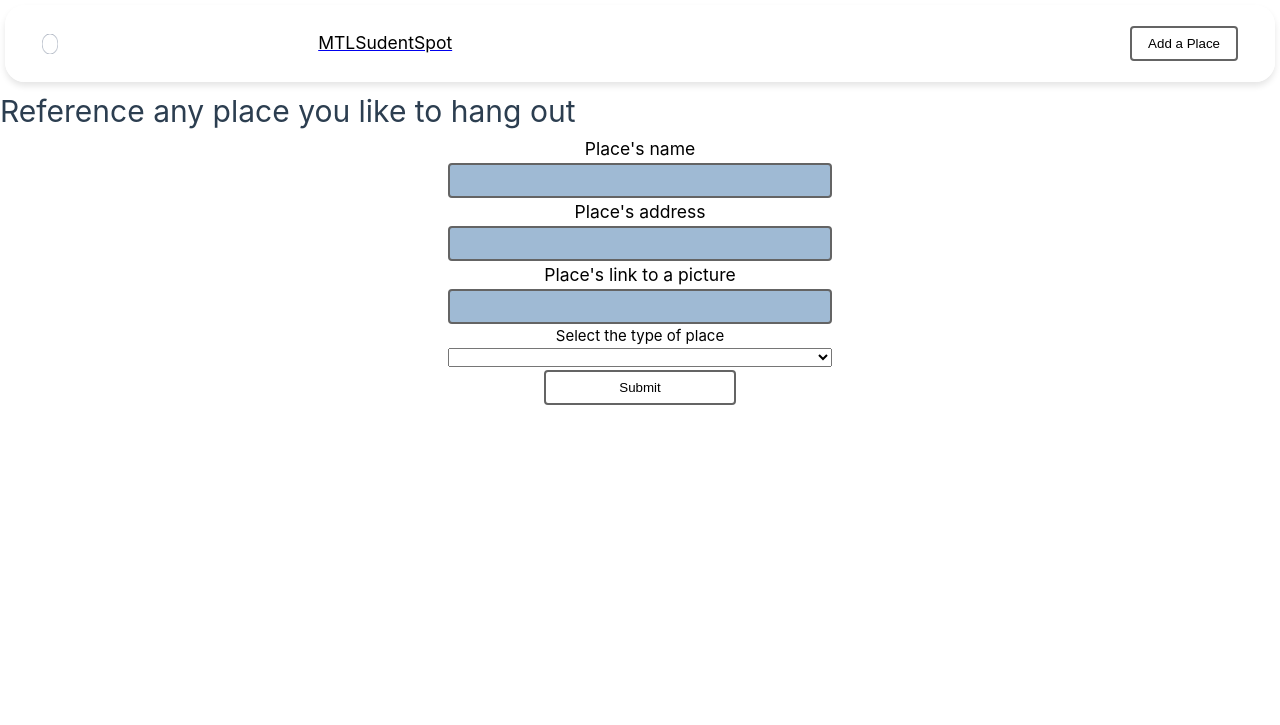
Repository: KevMn6ix/MOD8-2232-GRA-Damois-Leroi--Morant-Munto
Page: /places/add (app in client/)
The author's editor kept a copy of each file at every save. The page is drawn from the files as they stood at one save, then again after the next save.
The browser window is 1280 px wide. The pictures show the whole page.
The project was rebuilt for these pictures with package versions that can differ from the ones it lists, and the page was loaded fresh each time. Also part of the build but not shown: client/vite.config.js, client/src/components/HelloWorld.vue, client/src/services/Api.js, client/src/services/AuthentificationService.js, client/src/components/Login.vue, client/src/views/LoginPage.vue, client/src/components/RowLandingPage.vue, client/src/components/PlaceItem.vue and 2 more.

Above is the page before, as saved 2023-10-18 15:22:04.

### client/index.html
<!DOCTYPE html>
<html lang="en">
  <head>
    <meta charset="UTF-8">
    <link rel="icon" href="/favicon.ico">
    <link href="https://cdnjs.cloudflare.com/ajax/libs/font-awesome/5.15.3/css/all.min.css" rel="stylesheet">

    <meta name="viewport" content="width=device-width, initial-scale=1.0">
    <title>Vite App</title>
  </head>
  <body>
    <div id="app"></div>
    <script type="module" src="/src/main.js"></script>
  </body>
</html>

### client/src/assets/main.css
@import './base.css';
/*
#app {
  max-width: 1280px;
  margin: 0 auto;
  padding: 2rem;

  font-weight: normal;
}

a,
.green {
  text-decoration: none;
  color: hsla(160, 100%, 37%, 1);
  transition: 0.4s;
}

@media (hover: hover) {
  a:hover {
    background-color: hsla(160, 100%, 37%, 0.2);
  }
}

@media (min-width: 1024px) {
  body {
    display: flex;
    place-items: center;
  }

  #app {
    display: grid;
    grid-template-columns: 1fr 1fr;
    padding: 0 2rem;
  }
}
*/
@media (prefers-color-scheme: dark) {
  button {
    color:black;
  }
  input {
    color: white;
    background-color: black;
  }
}

### client/src/App.vue
<script setup>
import { RouterLink, RouterView } from 'vue-router'
import HelloWorld from './components/HelloWorld.vue'
</script>

<template >
  <RouterView />

</template>

<style scoped>
template {
  display: flex;
  flex-direction: column;
}

header {
  line-height: 1.5;
  max-height: 100vh;
}

.logo {
  display: block;
  margin: 0 auto 2rem;
}

nav {
  width: 100%;
  font-size: 12px;
  text-align: center;
  margin-top: 2rem;
}

nav a.router-link-exact-active {
  color: var(--color-text);
}

nav a.router-link-exact-active:hover {
  background-color: transparent;
}

nav a {
  display: inline-block;
  padding: 0 1rem;
  border-left: 1px solid var(--color-border);
}

nav a:first-of-type {
  border: 0;
}

@media (min-width: 1024px) {
  header {
    display: flex;
    place-items: center;
    padding-right: calc(var(--section-gap) / 2);
  }

  .logo {
    margin: 0 2rem 0 0;
  }

  header .wrapper {
    display: flex;
    place-items: flex-start;
    flex-wrap: wrap;
  }

  nav {
    text-align: left;
    margin-left: -1rem;
    font-size: 1rem;

    padding: 1rem 0;
    margin-top: 1rem;
  }
}
</style>

### client/src/router/index.js
import { createRouter, createWebHistory } from 'vue-router'
import HomeView from '../views/HomeView.vue'

const router = createRouter({
  history: createWebHistory(import.meta.env.BASE_URL),
  routes: [
    {
      path: '/',
      name: 'home',
      component: HomeView
    },
    {
      path: '/about',
      name: 'about',
      // route level code-splitting
      // this generates a separate chunk (About.[hash].js) for this route
      // which is lazy-loaded when the route is visited.
      component: () => import('../views/AboutView.vue')
    },
    {
      path: '/login',
      name: 'login',

      component: () => import('../views/LoginPage.vue')
    },
    {
      path: '/register',
      name:'register',

      component: () => import('../views/RegisterPage.vue')
    },
    {
      path: '/places/:types',
      name: 'PlacesList',

      component: () => import('../views/PlaceListView.vue')
    },
    {
      path: '/places/review/:id',
      name : 'review',

      component: () => import('../views/PlaceReview.vue')
    },
    {

      path: '/places/:types/:id',
      name: 'PlacePage',

      component: () => import('../views/PlacesPage.vue')

    },
    {
      path: '/places/add',
      name: 'AddPlace',

      component: () => import('../views/AddPageView.vue')
    }
  ]
})

export default router

### client/src/views/AddPageView.vue
<script setup>
import { RouterLink } from 'vue-router';
import TheAddPlaceForm from '../components/TheAddPlaceForm.vue';
import  BarOutsideHome from '../components/BarOutsideHome.vue';
import UsePlaceService from '../../server/services/places-service.js';
const placeService = UsePlaceService()
</script>
<template>
    <header>
        <BarOutsideHome/>
    </header>
    <h1>
        Reference any place you like to hang out
    </h1>
    <TheAddPlaceForm @user-input="(termInputed) => {placeService.addPlace(termInputed.Title, termInputed.Address, termInputed.Type, termInputed.Picture); console.log(UsePlaceService().findPlaces())}"/>
</template>
<style scoped>
*{
    min-width: 333px;
}
</style>

### client/src/components/NavBar.vue
<script setup>
import { ref } from 'vue'
import LoginPage from '../views/LoginPage.vue'
import TheSubHeader from './TheSubHeader.vue';
const emit = defineEmits(['user-input'])
const UserInput = ref('')
function sendUserInput() {
    console.log(UserInput.value)
    emit('user-input', UserInput.value)
}
</script>
/** This component is hte bar at the top of the screen */
<template>
    <nav id="head-bar">
        <img src="../assets/logoMTL.png">
        <h3>
            MTLSudentSpot
        </h3>
        <input type="text" v-model="UserInput" @input="sendUserInput">
        <div>
        <router-link to='/login'>
        <button>
            Log In
        </button>
        </router-link>
        <router-link to="/register">
        <button>
            Sign In
        </button>
        </router-link>
    </div>
    <div id="sub-header">
    <TheSubHeader/></div>
    </nav>

</template>
<style>

:root{

    --color-navbar: #9fbad4;
    --text-navbar-color-default: #000;
    --color-input: #9fbad4;
    --button-border: #646464;
    --color-button: #fff;
    --button-hover: #7faedc;
}

@media (prefers-color-scheme: dark){

    :root{

        --text-navbar-color-default: #FFF;
        --color-navbar: #211f1f;
        --color-input: #312e2e;
        --button-border: #646464;
        --color-button: #312e2e;
        --button-hover: #646464;

    }

}

nav {
    display: flex;
    justify-content: space-between;
    align-items: center;
    background-color: var(--color-navbar);
    padding: 1rem 2rem;
    box-shadow: 0 4px 6px rgba(0, 0, 0, 0.1);
    border-bottom: 2px solid rgba(0, 0, 0, 0.1);
    border-radius: 20px;
    border: 2px solid var(--button-border);
    margin: 5px;
    flex-grow: 3;
    gap: 20px;
}

h3{

    color: var(--text-navbar-color-default);

}

button {
    background-color: var(--color-button);
    color: var(--text-navbar-color-default);
    border: none;
    padding: 0.5rem 1rem;
    border-radius: 0.25rem;
    cursor: pointer;
    transition: background-color 0.3s ease;
    margin: 3px;
    border: 2px solid var(--button-border);
}

button:hover {
    background-color: var(--button-hover);
}

button:visited {
    color: white; /* Set the text color to yellow when the button is active (clicked) */
}

img {
    height: 20px;
    width: 16px;
}

input {
    flex-grow: 3;
    padding: 0.5rem;
    border: none;
    border-radius: 0.25rem;
    background-color: var(--color-input);
    color: var(--text-navbar-color-default);
    border: 2px solid var(--button-border);
    margin: 0 1rem;
}

#sub-header {
    text-align: center;
}
</style>

### client/server/services/places-service.js
let id = 0;
const placeList = [
  {Id: ++id, Type: "restaurant", Title: "Brutopia", Address: "888 rjij", Rating: 4, HygieneRating: 5, AmbianceRating: 3, PriceRating: 5, Picture: "https://css-tricks.com/wp-content/uploads/2018/10/align-items.svg"},
  {Id: ++id, Type: "activity",Title: "cheval blanc", Address: "56656 fd", Rating: 3, HygieneRating: 3, AmbianceRating: 4, PriceRating: 2},
  {Id: ++id, Type: "travel",Title: "nyx", Address: "86 sfd", Rating: 3, HygieneRating: 4, AmbianceRating: 4, PriceRating: 2},
  {Id: ++id, Type: "restaurant",Title: "bnyx", Address: "86 sfd", Rating: 3, HygieneRating: 4, AmbianceRating: 4, PriceRating: 2, Picture:"https://cdn4.buysellads.net/uu/1/134955/1685040267-designdotdev5.jpg"}
]

let idRating = 0
const PlaceRating = [
    {Id: ++idRating, IdPlace: 2, HygieneRating: 3, AmbianceRating: 4, PriceRating: 2, CommentRate:"Nice place."},
    {Id: ++idRating, IdPlace: 1, HygieneRating: 5, AmbianceRating: 3, PriceRating: 5, CommentRate:"I like to go there."},
    {Id: ++idRating, IdPlace: 4, HygieneRating: 4, AmbianceRating: 4, PriceRating: 2, CommentRate:"They cook my favorite food."},
    {Id: ++idRating, IdPlace: 3, HygieneRating: 4, AmbianceRating: 4, PriceRating: 2, CommentRate:"I went there while visiting."}
]


function findPlaces() {
    return placeList
}

function findPlace(id) {
    for (let place of placeList) {
        if (place.Id == id) {
            return place
        }

    }
    return null
}

function sumAmbiance(listOfRatings) {
    let res = 0;
    for (let rating of listOfRatings) {
        res += rating.AmbianceRating;
    }
    console.log(res)
    return res;
}

function sumHygiene(listOfRatings) {
    let res = 0;
    for (let rating of listOfRatings) {
        res += rating.HygieneRating;
    }

    return res;
}
function sumPrice(listOfRatings) {
    let res = 0;
    for (let rating of listOfRatings) {
        res += rating.PriceRating;
    }
    console.log(res)
    return res;
}

function findRatingsAbout(id) {
    /*console.log(PlaceRating)*/
    return PlaceRating.filter((rating) => {  return rating.IdPlace == id});
}

function actualiseRating(id) {
    const place = findPlace(id);
    console.log(findRatingsAbout(id))
    place.AmbianceRating = Math.round(sumAmbiance(findRatingsAbout(id))/(findRatingsAbout(id).length))
    place.PriceRating = Math.round(sumPrice(findRatingsAbout(id))/(findRatingsAbout(id).length))
    place.AmbianceRating = Math.round(sumHygiene(findRatingsAbout(id))/(findRatingsAbout(id).length))
    place.Rating = Math.round((place.AmbianceRating + place.HygieneRating + place.PriceRating)/3);
}

function addRating(idPlace, hygieneRating, ambianceRating, priceRating, commentRate) {
    /*
    console.log("^^^^^^^^^^^^^^^^^^^^^^^^")
    console.log(idPlace)
    console.log("^^^^^^^^^^^^^^^^^^^^^^^^^^^^")
    */
   const newRating = {}
   newRating["Id"] = idRating++
   newRating["IdPlace"] = placeList[idPlace - 1].Id
   newRating["HygieneRating"] = hygieneRating
   newRating["AmbianceRating"] = ambianceRating
   newRating["PriceRating"] = priceRating
   newRating["CommentRate"] = commentRate
    PlaceRating.push(newRating)
    /*
    console.log("#################")
    console.log(PlaceRating[idRating - 1].IdPlace)
    console.log("##############################")
    */
    actualiseRating(idPlace)
}


function findRatings() {
    return PlaceRating
}

function findRating(id) {
    for (let rating of PlaceRating) {
        if (rating.Id == id) {
            return rating
        }

    }
    return null
}





function addPlace(title, address, type, picture) {
    const newPlace = {}
    newPlace["Id"] =id++
    newPlace["Type"] =type
    newPlace["Title"] =title
    newPlace["Address"] =address
    newPlace["Rating"] =0
    newPlace["HygieneRating"] =0
    newPlace["AmbianceRating"] =0
    newPlace["PriceRating"] =0
    newPlace["Picture"] =picture
    placeList.push(newPlace)
}


export default function UsePlaceService () {
    return {
    findPlaces,
    findPlace,
    addPlace,
    findRatings,
    findRating,
    addRating,
    findRatingsAbout
}}

### client/src/components/BarOutsideHome.vue
<script setup>
import { ref } from 'vue'
import LoginPage from '../views/LoginPage.vue'
import { RouterLink } from 'vue-router';
import TheSubHeader from './TheSubHeader.vue';
const emit = defineEmits(['user-input'])
const UserInput = ref('')
function sendUserInput() {
    console.log(UserInput.value)
    emit('user-input', UserInput.value)
}
</script>
/** This component is the bar at the top of the screen */
<template>
    <nav id="head-bar">
        <img src="../assets/logoMTL.png">
        <RouterLink to="/">
        <h3>
            MTLSudentSpot
        </h3>
        </RouterLink>

        <div>
        <router-link to='/login'>
        <button>
            Log In
        </button>
        </router-link>
        <router-link to="/register">
        <button>
           Sign In
        </button>
    </router-link>
    </div>
    <div id="sub-header">
<TheSubHeader/></div>
</nav>

</template>
<style scoped>

:root{

--color-navbar: #9fbad4;
--text-navbar-color-default: #000;
--color-input: #9fbad4;
--button-border: #646464;
--color-button: #fff;
--button-hover: #7faedc;
}

@media (prefers-color-scheme: dark){

:root{

    --text-navbar-color-default: #FFF;
    --color-navbar: #211f1f;
    --color-input: #312e2e;
    --button-border: #646464;
    --color-button: #312e2e;
    --button-hover: #646464;

}

}



#head-bar {
    display: flex;
    justify-content: space-between;
    align-items: center;
    padding: 1rem 2rem;
    background-color: var(--color-background-header);
    color: var(--text-color-default);
    box-shadow: 0 4px 6px rgba(0, 0, 0, 0.1);
    border: 2px solid white;
}

button {
    background-color: var(--color-background-travel);
    color: #FFF;
    border: none;
    padding: 0.5rem 1rem;
    border-radius: 0.25rem;
    cursor: pointer;
    transition: background-color 0.3s ease;
}

button:hover {
    background-color: #7faedc;
}

img {
    height: 20px;
    width: 16px;
    margin-left: 3px;
}

input {
    flex-grow: 3;
    padding: 0.5rem;
    border: none;
    border-radius: 0.25rem;
    background-color: var(--color-background-default);
    color: var(--text-color-default);
    margin: 0 1rem;
}

#sub-header {
    text-align: center;
}
</style>

### client/src/components/TheAddPlaceForm.vue
<script setup>
import { ref } from 'vue'
import AddPlaceInput from './AddPlaceInput.vue';
const emit = defineEmits(['user-input'])
const UserInput = ref({
    Type: '',
    Title: '',
    Address: '',
    Picture: ''
})
function sendUserInput() {
    console.log(UserInput.value)
    emit('user-input', UserInput.value)
}
function displayUserInput() {
    console.log(UserInput.value)
}
</script>
<template>
    <div id="form-body">
    <AddPlaceInput type="text" @user-input="(termInputed) => {UserInput.Title = termInputed}">
        Place's name
    </AddPlaceInput>
    <AddPlaceInput type="text" @user-input="(termInputed) => {UserInput.Address = termInputed}">
        Place's address
    </AddPlaceInput>
    <AddPlaceInput type="text" @user-input="(termInputed) => {UserInput.Picture = termInputed}">
        Place's link to a picture
    </AddPlaceInput>

    <label for="place-type">
        Select the type of place
    </label>
    <div id="form-nested-body">
    <select name="place-type" v-model="UserInput.Type">
        <option value="restaurant">Restaurant</option>
        <option value="activity">Activity</option>
        <option value="travel">Travel</option>
    </select>
    <button @click="sendUserInput">
        Submit
    </button>
</div>
    </div>
</template>
<style scoped>
* {
    min-width: 333px;

}
#form-body {
    background-color: var(--color-background-activity);
    display: flex;
    flex-direction: column;
    color: black;
    justify-content: center;
    @media (prefers-color-scheme: dark) {
        color: white;
    }
}
button {
    min-width: 50px;
    width: 15%;
    margin-left: 42.5%;
    flex-shrink: 3;
}
select {
    min-width: 30px;
    width: 30%;
}
label {
    text-align: center;
}
#form-nested-body {
    display: flex;
    flex-direction: column;

}
select {
    margin-left: 35%;
}
</style>

### client/src/components/TheSubHeader.vue
<script setup>
import { RouterLink } from 'vue-router';
</script>
<template>
  <RouterLink to="/places/add">
    <button>
       Add a Place
    </button>
  </RouterLink>
</template>
<style scoped>
:root {
  --light-color-background-restaurant: #A5BDD9;
    --light-color-background-travel: #a2c4ec;
    --light-color-background-activity: #9EB3CB;
    --dark-color-background-restaurant: #a2c4ec9d;
    --dark-color-background-travel: #a5bdd971;
    --dark-color-background-activity: #9eb3cb0e;
    --color-background-restaurant: var(--light-color-background-restaurant);
    --color-background-travel: var(--light-color-background-travel);
    --color-background-activity: var(--light-color-background-activity);
    @media (prefers-color-scheme: dark) {
      --color-background-restaurant: var(--dark-color-background-restaurant);
        --color-background-travel: var(--dark-color-background-travel);
        --color-background-activity: var(--dark-color-background-activity);
    }
}
p {
    min-width: 333px;
    text-align: center;
    size: 50%;
    padding: 0;
    margin: 0;
}
</style>

### client/src/components/AddPlaceInput.vue
<script setup>
import { ref } from 'vue'
const emit = defineEmits(['user-input'])
const UserInput = ref('')
function sendUserInput() {
    console.log(UserInput.value)
    emit('user-input', UserInput.value)
}
const inputType = defineProps({
    Type: String
})
</script>
<template>
    <div id="enter">
    <h3>
        <slot>
        </slot>
    </h3>
    <input :type="inputType.Type" v-model="UserInput" @input="sendUserInput">
    </div>
</template>
<style scoped>
h3 {
    text-align: center;
}
input {
    min-width: 30px;
    width: 30%;
}
#enter {
    display: flex;
    flex-direction: column;
    align-items: center;
}
</style>

Loaded but not shown: client/src/main.js (common file); client/src/assets/base.css (common file)

After the next save:
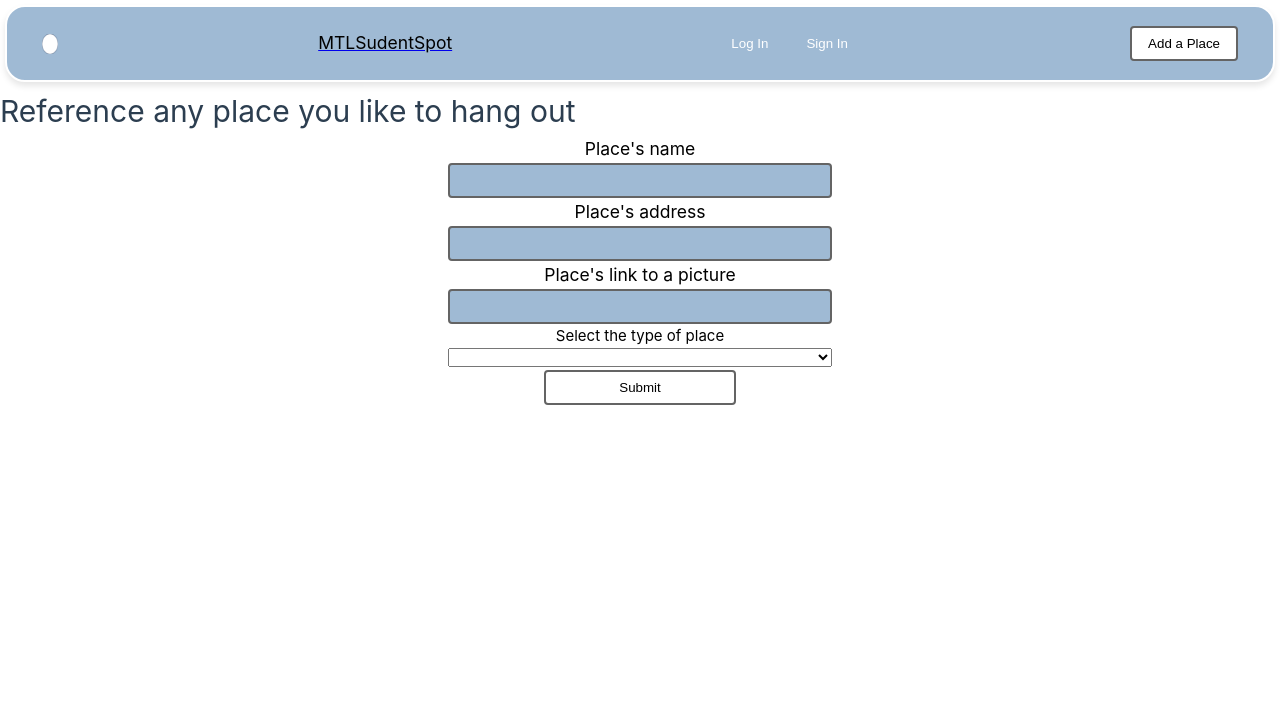
Saved 34 s later.
--- a/client/src/components/BarOutsideHome.vue
+++ b/client/src/components/BarOutsideHome.vue
@@ -64,14 +64,12 @@ function sendUserInput() {
 
 }
 
-
-
 #head-bar {
     display: flex;
     justify-content: space-between;
     align-items: center;
     padding: 1rem 2rem;
-    background-color: var(--color-background-header);
+    background-color: var(--color-navbar);
     color: var(--text-color-default);
     box-shadow: 0 4px 6px rgba(0, 0, 0, 0.1);
     border: 2px solid white;
